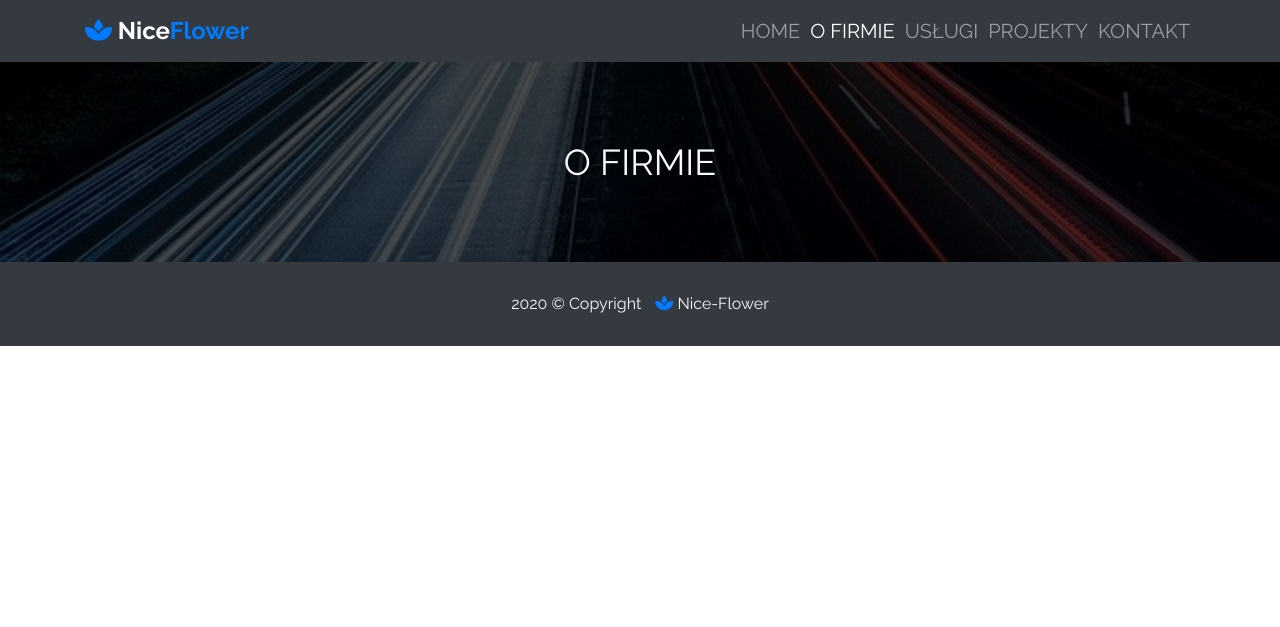
Repository: KrzysKolo/Projekt-13_Kwiaciarnia
Page: abouteus.html
These files come from the project's save history. The page is drawn as it stood at one moment and after the next save; the edit follows.
The browser window is 1280 px wide. The pictures show the whole page.
Some web libraries are served in a nearby version.

Above is the page before, as saved 2020-08-10 03:13:07.

### abouteus.html
<!DOCTYPE html>
<html lang="pl">
  <head>
    <meta charset="UTF-8" />
    <meta name="viewport" content="width=device-width, initial-scale=1.0" />
    <title>Nice-Flower</title>
    <script
      src="https://kit.fontawesome.com/21efeaf281.js"
      crossorigin="anonymous"
    ></script>

    <link
      rel="stylesheet"
      href="https://stackpath.bootstrapcdn.com/bootstrap/4.5.0/css/bootstrap.min.css"
      integrity="sha384-9aIt2nRpC12Uk9gS9baDl411NQApFmC26EwAOH8WgZl5MYYxFfc+NcPb1dKGj7Sk"
      crossorigin="anonymous"
    />
    <link
      href="https://fonts.googleapis.com/css2?family=Raleway:wght@400;700&display=swap"
      rel="stylesheet"
    />
    <link rel="stylesheet" href="style.css" />
  </head>
  <body>
    <nav class="navbar navbar-expand-lg navbar-dark bg-dark py-3">
      <div class="container">
        <a class="navbar-brand" href="#"
          ><i class="fas fa-spa text-primary"></i> Nice<span
            class="text-primary"
            >Flower</span
          ></a
        >
        <button
          class="navbar-toggler border-0"
          type="button"
          data-toggle="collapse"
          data-target="#navbarNavAltMarkup"
          aria-controls="navbarNavAltMarkup"
          aria-expanded="false"
          aria-label="Toggle navigation"
        >
          <i class="fas fa-bars px-4"></i>
        </button>
        <div class="collapse navbar-collapse" id="navbarNavAltMarkup">
          <div class="navbar-nav ml-auto">
            <a class="nav-link" href="index.html">Home </a>
            <a class="nav-link active" href="#"
              >O firmie<span class="sr-only">(current)</span></a
            >
            <a class="nav-link" href="services.html">Usługi</a>
            <a class="nav-link" href="projects.html">Projekty</a>
            <a class="nav-link" href="contact.html">Kontakt</a>
          </div>
        </div>
      </div>
    </nav>

    <!-- MAIN -->
    <main>
      <section class="top-hero aboutus-hero">
        <div class="hero-shadow"></div>
        <p class="top-hero-text text-light">O firmie</p>
      </section>
    </main>
    <footer class="bg-dark text-light">
      <p class="py-5 px-3 mb-0 text-center">
        2020 &copy; Copyright
        <i class="ml-3 fas fa-spa text-primary"></i> Nice-Flower
      </p>
    </footer>
    <script
      src="https://code.jquery.com/jquery-3.5.1.slim.min.js"
      integrity="sha384-DfXdz2htPH0lsSSs5nCTpuj/zy4C+OGpamoFVy38MVBnE+IbbVYUew+OrCXaRkfj"
      crossorigin="anonymous"
    ></script>
    <script
      src="https://cdn.jsdelivr.net/npm/popper.js@1.16.0/dist/umd/popper.min.js"
      integrity="sha384-Q6E9RHvbIyZFJoft+2mJbHaEWldlvI9IOYy5n3zV9zzTtmI3UksdQRVvoxMfooAo"
      crossorigin="anonymous"
    ></script>
    <script
      src="https://stackpath.bootstrapcdn.com/bootstrap/4.5.0/js/bootstrap.min.js"
      integrity="sha384-OgVRvuATP1z7JjHLkuOU7Xw704+h835Lr+6QL9UvYjZE3Ipu6Tp75j7Bh/kR0JKI"
      crossorigin="anonymous"
    ></script>
  </body>
</html>

### style.css
* {
  box-sizing: border-box;
  margin: 0;
  padding: 0;
}
html {
  font-size: 62.5%;
}
body {
  font-family: "Raleway", sans-serif;
  font-size: 1.6rem;
}
.hero-shadow {
  position: absolute;
  top: 0;
  width: 100%;
  height: 100%;
  background-color: rgba(0, 0, 0, 0.7);
  z-index: -1;
}
.additional-text {
  font-size: 1.8rem;
}
.top-hero {
  position: relative;
  height: 20rem;
  background-size: cover;
  z-index: 0;
}
.top-hero-text {
  display: flex;
  justify-content: center;
  align-items: center;
  height: 100%;
  font-size: 3.6rem;
  text-transform: uppercase;
}
/* ----------- */
/*  nawigacja  */
/* ----------- */
nav {
  font-size: 2rem;
  text-transform: uppercase;
}
.navbar-toggler {
  font-size: 3rem;
}
.navbar-brand {
  font-size: 2.4rem;
  font-weight: bold;
  text-transform: none;
}
/* ----------- */
/*    header   */
/* ----------- */
header {
  font-size: 2rem;
}
.carousel-item {
  position: relative;
  height: 400px;
  background-position: center;
  background-size: cover;
  z-index: 0;
}
.carousel-img-one {
  background-image: url("./img/b1m.jpg");
}
.carousel-img-two {
  background-image: url("./img/b2m.jpg");
}
.carousel-img-three {
  background-image: url("./img/b4m.jpg");
}
/* ----------- */
/*     main    */
/* ----------- */
.home-boxes {
  padding: 5rem 0;
}
.home-box i {
  font-size: 4rem;
}
.home-box h3 {
  font-size: 2.6rem;
}
/* ----------- */
.home-passion {
  position: relative;
  height: 350px;
  background-image: url("./img/b8m.jpg");
  background-position: center;
  background-size: cover;
  z-index: 0;
}
/* ----------- */
.home-brand h3 {
  font-size: 3rem;
  font-weight: bold;
}
/* ----------- */
/*   aboutus   */
/* ----------- */
.aboutus-hero {
  background-image: url("./img/obrazek1.jpg");
  background-position: bottom;
}
/* ----------- */
/*    footer   */
/* ----------- */
footer {
  font-size: 1.6rem;
}
@media (min-width: 1400px) {
  .carousel-item {
    height: 600px;
  }
  .carousel-img-one {
    background-image: url("./img/b1.jpg");
  }
  .carousel-img-two {
    background-image: url("./img/b2.jpg");
  }
  .carousel-img-three {
    background-image: url("./img/b4.jpg");
  }
}

After the next save:
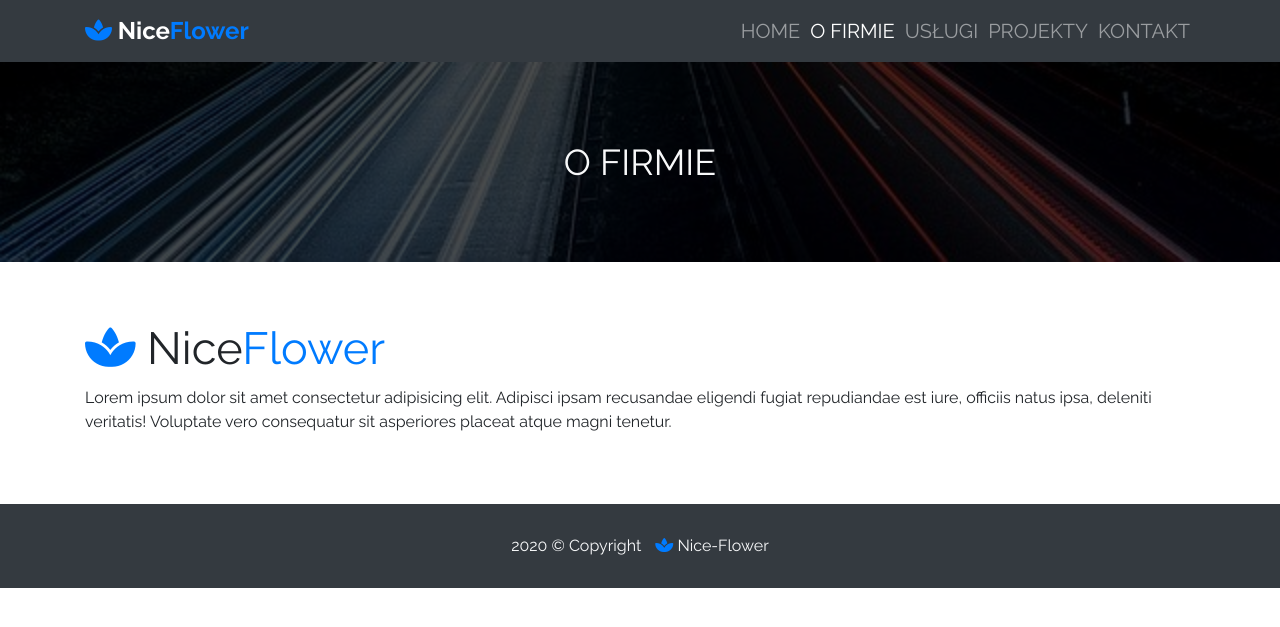
Saved 7 min 56 s later.
--- a/abouteus.html
+++ b/abouteus.html
@@ -61,6 +61,24 @@
         <div class="hero-shadow"></div>
         <p class="top-hero-text text-light">O firmie</p>
       </section>
+      <section class="aboutus-top p-5">
+        <div class="row">
+          <div class="container py-5">
+            <p class="display-3">
+              <i class="fas fa-spa text-primary"></i> Nice<span
+                class="text-primary"
+                >Flower</span
+              >
+            </p>
+            <p>
+              Lorem ipsum dolor sit amet consectetur adipisicing elit. Adipisci
+              ipsam recusandae eligendi fugiat repudiandae est iure, officiis
+              natus ipsa, deleniti veritatis! Voluptate vero consequatur sit
+              asperiores placeat atque magni tenetur.
+            </p>
+          </div>
+        </div>
+      </section>
     </main>
     <footer class="bg-dark text-light">
       <p class="py-5 px-3 mb-0 text-center">
